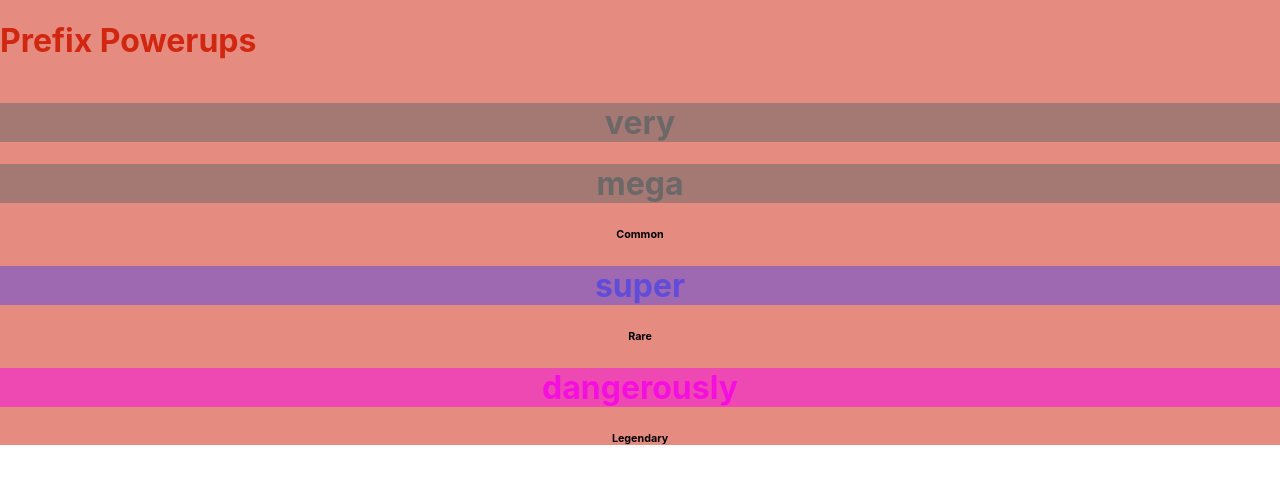
Repository: bsalgado98/buns-inator
Page: /
An editor plug-in stored every save of this project. The page is shown before and after the next save, followed by the edit.
The browser window is 1280 px wide. The pictures show the whole page.
The project was rebuilt for these pictures with package versions that can differ from the ones it lists, and the page was loaded fresh each time.

Above is the page before, as saved 2022-04-25 22:25:35.

### src/index.css
body {
    margin: 0;
    padding: 0;
    font-family: -apple-system, BlinkMacSystemFont, 'Segoe UI', 'Roboto', 'Oxygen',
        'Ubuntu', 'Cantarell', 'Fira Sans', 'Droid Sans', 'Helvetica Neue',
        sans-serif;
    -webkit-font-smoothing: antialiased;
    -moz-osx-font-smoothing: grayscale;
}

code {
    font-family: source-code-pro, Menlo, Monaco, Consolas, 'Courier New', monospace;
}

### src/App.js
import './App.css';
import WordBank from './components/WordBank/WordBank'

function App() {
    const wordList = {
        prefixPowerups: [
            {
                sectionTitle: "Common",
                words: ['very', 'mega'],
                color: "#6b6867"
            },
            {
                sectionTitle: "Rare",
                words: ['super'],
                color: "#614cd9"
            },
            {
                sectionTitle: "Legendary",
                words: ['dangerously'],
                color: "#f50fde"
            }
        ]
    }

    return (
        <div className="App">
            <WordBank bankTitle='Prefix Powerups' color="#d12711" wordCollection={wordList.prefixPowerups}/>
        </div>
    );
}

export default App;

### src/components/WordBank/WordBank.js
import createWordSection from "../../utility/wordSection"

const WordBank = ({ bankTitle = "N/A", color = "#000000", wordCollection = [] }) => {
    const styles = {
        container: {
            style: {
                backgroundColor: `${color}88`
            }
        },
        title: {
            style: {
                color: color
            },
            container: {
                style: {
                    display: 'flex'
                }
            }
        },
        collectionArea: {
            style: {

            }
        }
    }
    return (
        <div style={styles.container.style}>
            <div style={styles.title.container.style}>
                <h1 style={styles.title.style}>{bankTitle}</h1>
            </div>
            <div>
                {wordCollection.map((section, i) => {
                    console.log(section.sectionTitle)
                    return (
                        <div key={`section-${i}`}>
                            {createWordSection(section.words, section.color)}
                            <h6>{section.sectionTitle}</h6>
                        </div>
                    )
                })}
            </div>
        </div>
    )
}

export default WordBank

### src/utility/wordSection.js
import WordCard from "../components/WordCard/WordCard";

function createWordSection(words, wordColor) {
    return words.map((word, i) => <WordCard key={`word-${i}`} text={word} color={wordColor} />)
}

export default createWordSection

### src/components/WordCard/WordCard.js
const WordCard = ({ text = "N/A", color = "#000000" }) => {
    const styles = {
        container: {
            style: {
                background: `${color}88`,
                display: 'block'
            }
        },
        text: {
            style: {
                color: color
            }
        }
    }
    return (
        <div style={styles.container.style}>
            <h1 style={styles.text.style}>{text}</h1>
        </div>
    )
}

export default WordCard

Loaded but not shown: public/index.html (common file); src/index.js (common file); src/reportWebVitals.js (common file); src/App.css (common file)

After the next save:
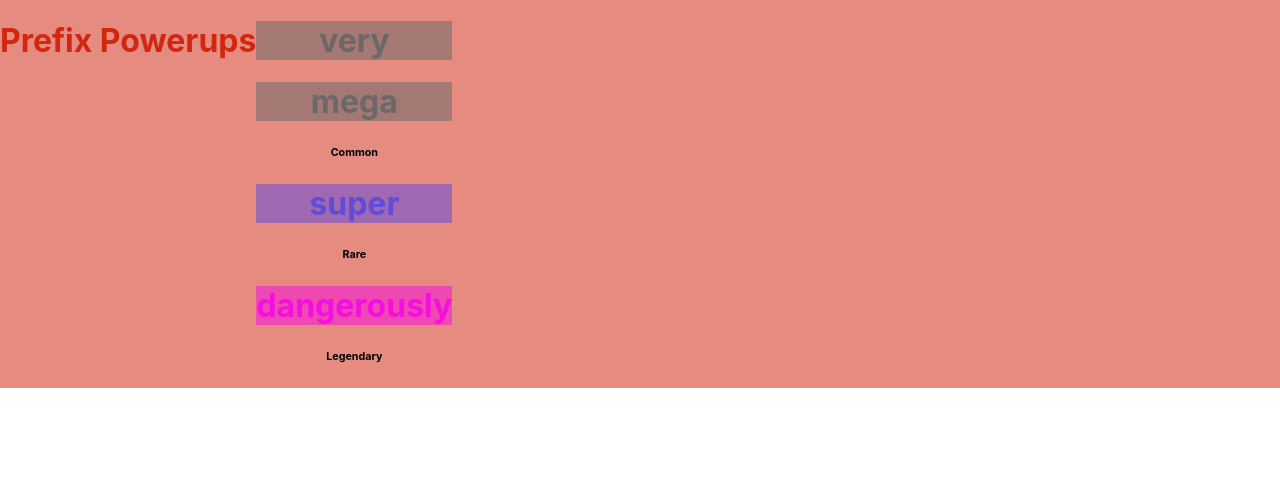
Saved 27 s later.
--- a/src/components/WordBank/WordBank.js
+++ b/src/components/WordBank/WordBank.js
@@ -4,7 +4,8 @@ const WordBank = ({ bankTitle = "N/A", color = "#000000", wordCollection = [] })
     const styles = {
         container: {
             style: {
-                backgroundColor: `${color}88`
+                backgroundColor: `${color}88`,
+                display: 'flex'
             }
         },
         title: {
